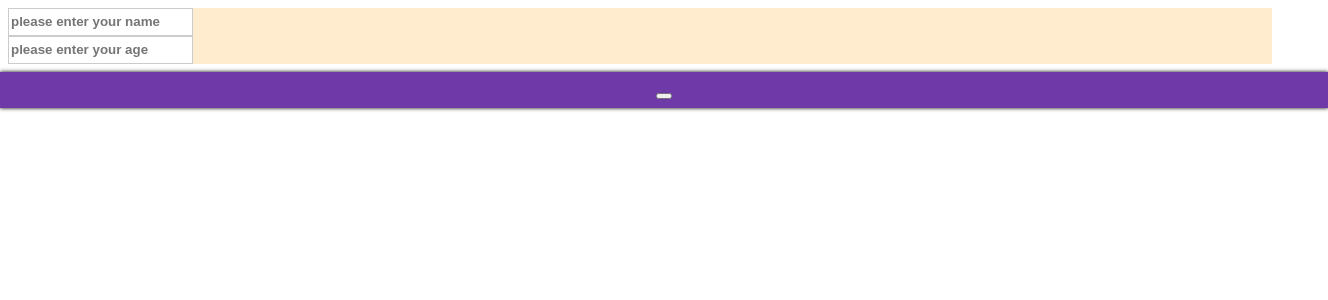
Repository: NamalPathirana/section-eight
Page: /
An editor plug-in stored every save of this project. The page is shown before and after the next save, followed by the edit.
The browser window is 1280 px wide. The page is 1328 px wide, then 1280 px, so the pictures cover 1328 px, including what lies to the right of the window. The pictures show the whole page.
The project was rebuilt for these pictures with package versions that can differ from the ones it lists, and the page was loaded fresh each time.

Above is the page before, as saved 2021-11-25 21:41:54.

After the next save:
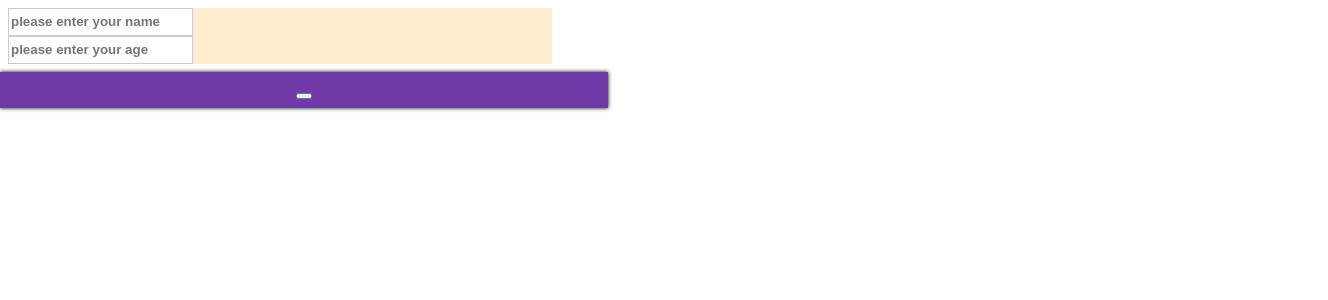
Saved 20 s later.
--- a/src/App.css
+++ b/src/App.css
@@ -1,20 +1,6 @@
 .App {
+  width: 35rem;
   text-align: center;
   display: flex;
   flex-direction: column;
 }
-
-#goals {
-  width: 35rem;
-  max-width: 90%;
-  margin: 3rem auto;
-}
-
-#goal-form {
-  width: 30rem;
-  max-width: 90%;
-  margin: 3rem auto;
-  padding: 2rem;
-  box-shadow: 0 2px 12px rgba(0, 0, 0, 0.2);
-  border-radius: 10px;
-}
